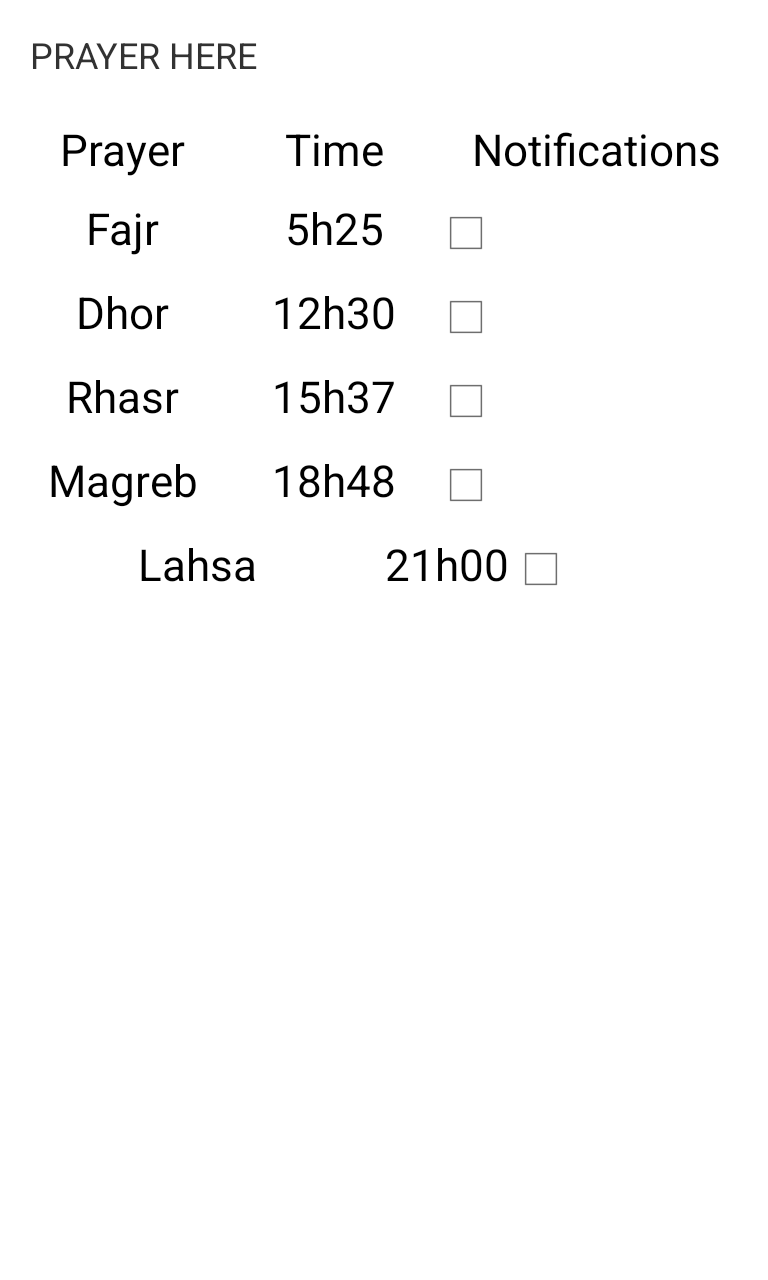
Repository: Osamah/Afstudeerwerk
Layout: NativeApp/SecondPillar/res/layout/activity_prayer.xml
These files come from the project's save history. The layout is drawn as it stood at one moment and after the next save; the edit follows.
It is drawn on a 768 x 1280 px phone screen (xhdpi) without system bars, with theme AppTheme; the app's code is not run.

Above is the layout before, as saved 2012-12-28 00:02:40.

After the next save:
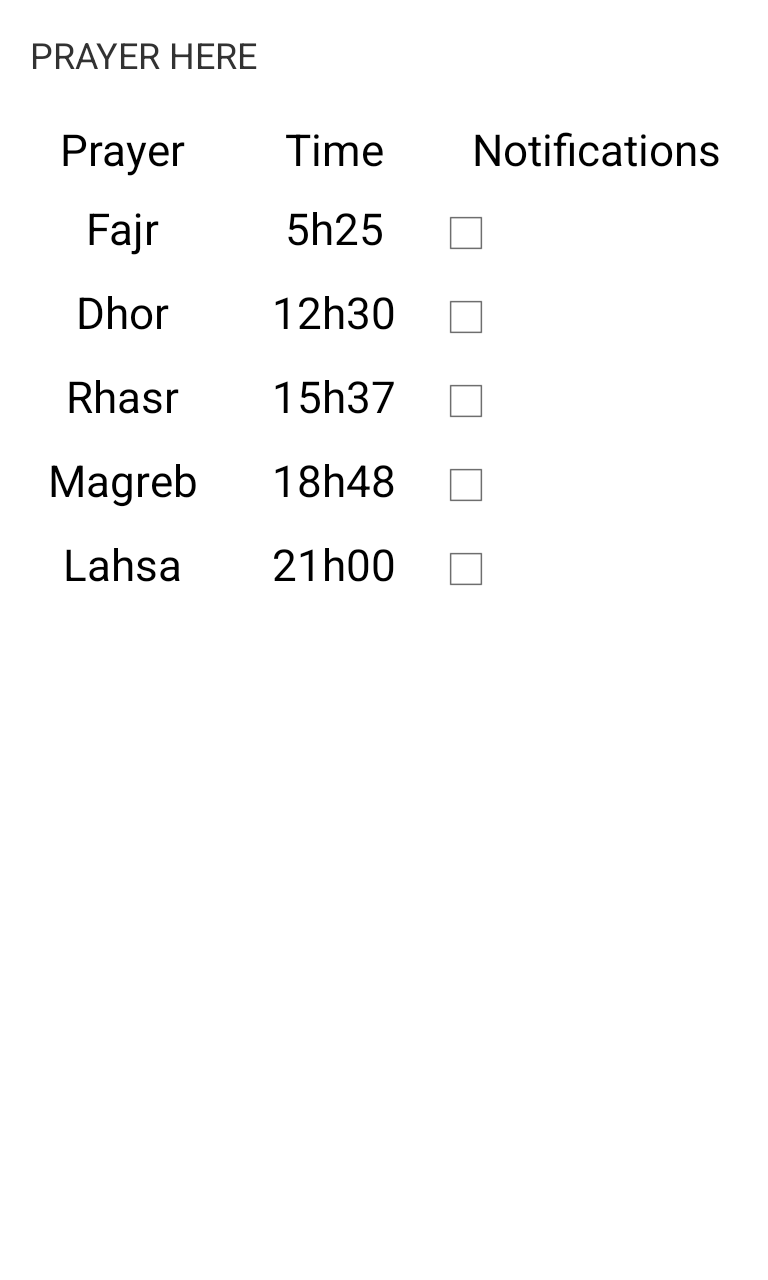
Saved 19 s later.
--- a/NativeApp/SecondPillar/res/layout/activity_prayer.xml
+++ b/NativeApp/SecondPillar/res/layout/activity_prayer.xml
@@ -187,15 +187,15 @@
         <TextView
             android:id="@+id/prayerTime5"
             android:text="@string/prayerTime5"
+            android:layout_weight="1"
             android:gravity="center"
             android:textAppearance="?android:attr/textAppearanceLarge"
             />
 
         <CheckBox
             android:id="@+id/prayerNotification5"
-            android:gravity="center"
-            android:layout_width="wrap_content"
-            android:layout_height="wrap_content"
+            android:layout_weight="1"
+            android:gravity="center"
         />
   	</TableRow>
     </TableLayout>
